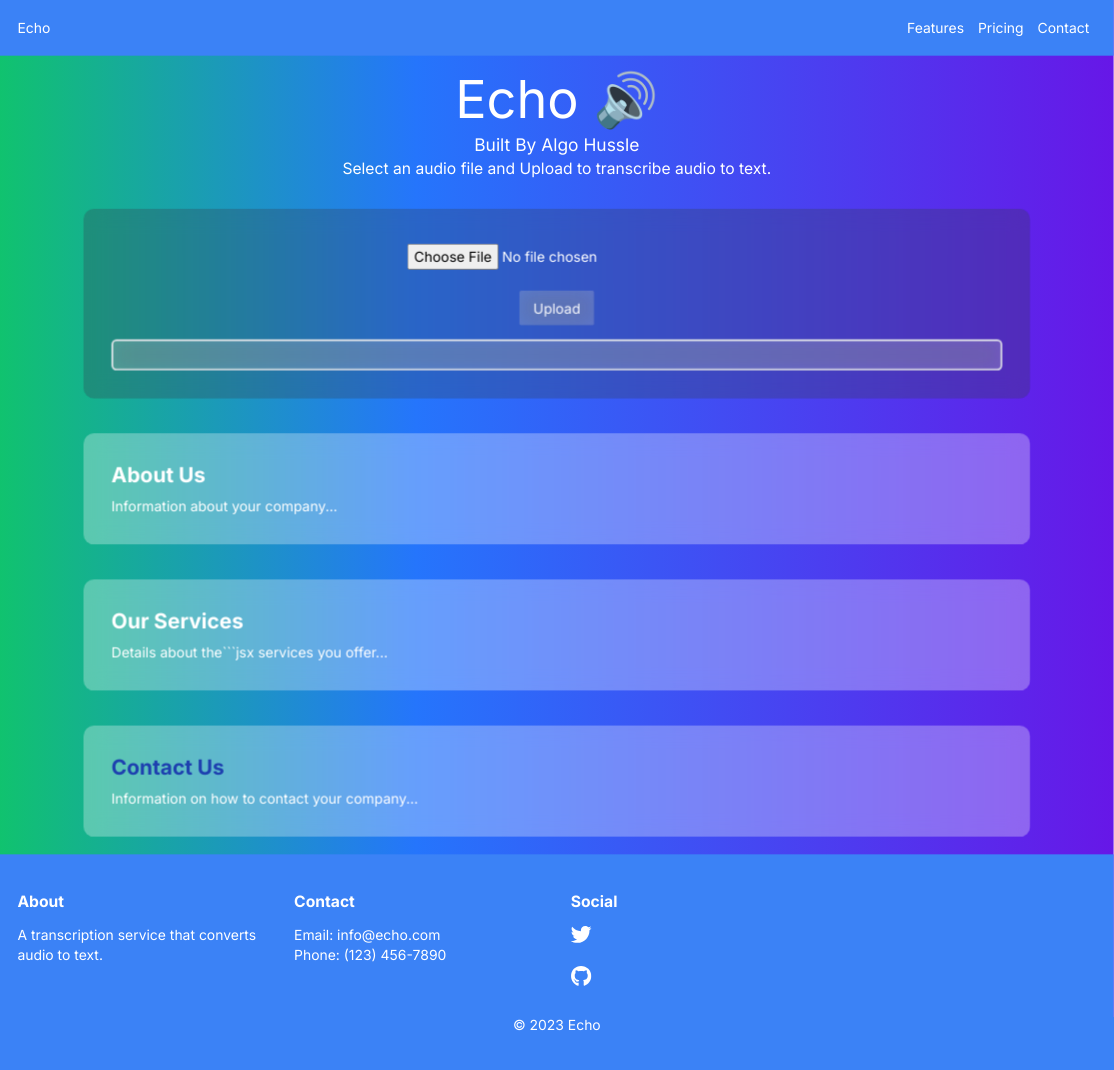
Repository: MikeeBuilds/whisperer
Page: /
The author's editor kept a copy of each file at every save. The page is drawn from the files as they stood at one save, then again after a run of saves.
The browser window is 1280 px wide. The pictures show the whole page, at 87% of full size.
The project was rebuilt for these pictures with package versions that can differ from the ones it lists, and the page was loaded fresh each time. The framework's server and built-in components were replaced by stand-ins that run in the browser. Also part of the build but not shown: next.config.js.

Above is the page before, as saved 2023-06-26 18:46:21.

After the next 2 saves:
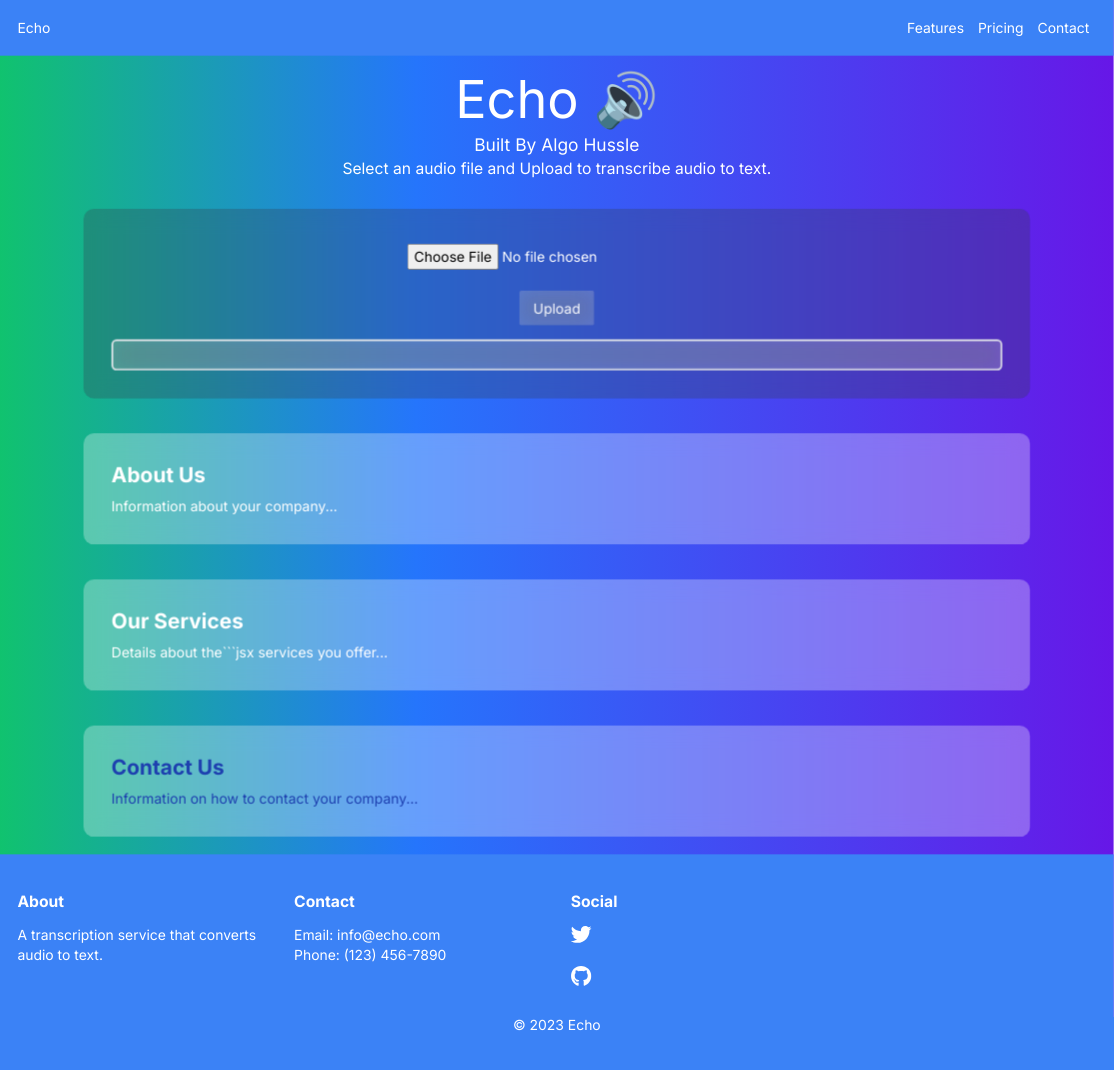
The 2 saves are shown as one change because they came seconds apart.
The last was saved 6 s later.
--- a/src/app/page.tsx
+++ b/src/app/page.tsx
@@ -93,7 +93,7 @@ services you offer...</p>
 
         <section id="contact" className="mt-10 bg-white bg-opacity-30 rounded-xl p-8 backdrop-blur-md">
           <h2 className="text-2xl font-bold mb-2 text-blue-800">Contact Us</h2>
-          <p className="">Information on how to contact your company...</p>
+          <p className="text-blue-800">Information on how to contact your company...</p>
         </section>
       </main>
     </div>
